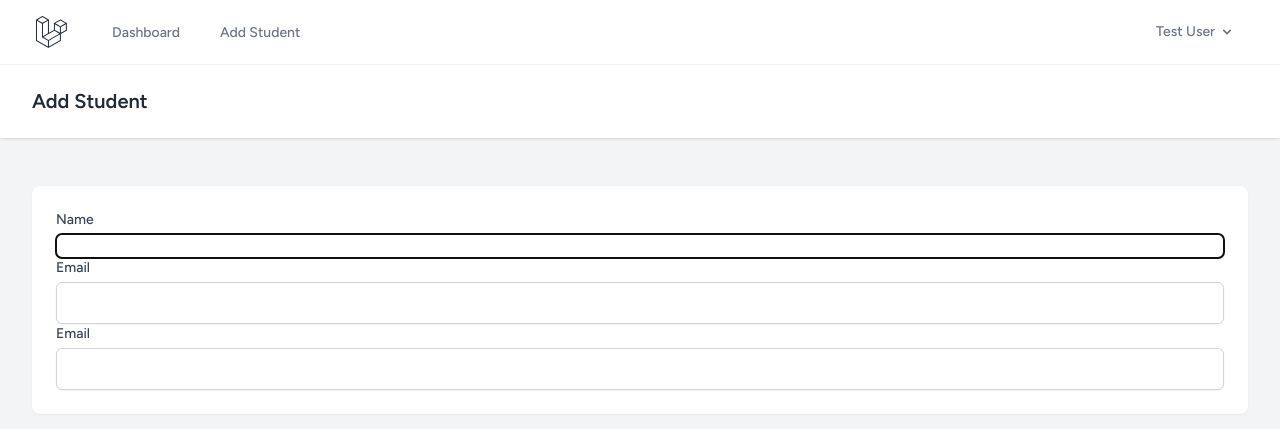
Repository: rkrukshan/CRUD-with-Laravel-V.10-Breeze
Page: http://localhost/add-student
An editor plug-in stored every save of this project. The page is shown before and after a run of saves, followed by the edit.
The browser window is 1280 px wide. The pictures show the whole page.
The page is served by the project's Laravel application, run on PHP 8.4 with Laravel 10. A made-up administrator, Test User (test@example.com), is signed in. Other server files are loaded and not shown. Style sheets and scripts are compiled from the project's sources, by tool versions that may differ from the author's.

Above is the page before, as saved 2023-11-14 20:12:50.

### app/Providers/AppServiceProvider.php
<?php

namespace App\Providers;

use Illuminate\Support\Facades\Schema;
use Illuminate\Support\ServiceProvider;

class AppServiceProvider extends ServiceProvider
{
    /**
     * Register any application services.
     */
    public function register(): void
    {
        //
    }

    /**
     * Bootstrap any application services.
     */
    public function boot(): void
    {
        Schema::defaultStringLength('191');
    }
}

### routes/web.php
<?php

use App\Http\Controllers\ProfileController;
use App\Http\Controllers\StudentController;
use Illuminate\Support\Facades\Route;

/*
|--------------------------------------------------------------------------
| Web Routes
|--------------------------------------------------------------------------
|
| Here is where you can register web routes for your application. These
| routes are loaded by the RouteServiceProvider and all of them will
| be assigned to the "web" middleware group. Make something great!
|
*/

Route::get('/', function () {
    return view('welcome');
});

Route::get('/dashboard', function () {
    return view('dashboard');
})->middleware(['auth', 'verified'])->name('dashboard');

Route::middleware('auth')->group(function () {
    Route::get('/profile', [ProfileController::class, 'edit'])->name('profile.edit');
    Route::patch('/profile', [ProfileController::class, 'update'])->name('profile.update');
    Route::delete('/profile', [ProfileController::class, 'destroy'])->name('profile.destroy');
});

require __DIR__.'/auth.php';


Route::controller(StudentController::class)->group(function () {
    Route::get('/add-student', 'create');
    // Route::post('/orders', 'store');
});

### app/Http/Controllers/StudentController.php
<?php

namespace App\Http\Controllers;

use Illuminate\Http\Request;

class StudentController extends Controller
{
    /**
     * Display a listing of the resource.
     */
    public function index()
    {
        //
    }

    /**
     * Show the form for creating a new resource.
     */
    public function create()
    {
        return view('student.create');
    }

    /**
     * Store a newly created resource in storage.
     */
    public function store(Request $request)
    {
        //
    }

    /**
     * Display the specified resource.
     */
    public function show(string $id)
    {
        //
    }

    /**
     * Show the form for editing the specified resource.
     */
    public function edit(string $id)
    {
        //
    }

    /**
     * Update the specified resource in storage.
     */
    public function update(Request $request, string $id)
    {
        //
    }

    /**
     * Remove the specified resource from storage.
     */
    public function destroy(string $id)
    {
        //
    }
}

### resources/views/student/create.blade.php
<x-app-layout>
    <x-slot name="header">
        <h2 class="font-semibold text-xl text-gray-800 dark:text-gray-200 leading-tight">
            {{ __('Add Student') }}
        </h2>
    </x-slot>

    <div class="py-12">
        <div class="max-w-7xl mx-auto sm:px-6 lg:px-8">
            <div class="bg-white dark:bg-gray-800 overflow-hidden shadow-sm sm:rounded-lg">
                <div class="p-6 text-gray-900 dark:text-gray-100">
                    <form action="" method="POST">
                        @csrf
                        <div>
                            <x-input-label for="name" :value="__('Name')" />
                            <x-text-input id="name" class="block mt-1 w-full" type="name" name="name" :value="old('name')" required autofocus autocomplete="username" />
                            <x-input-error :messages="$errors->get('name')" class="mt-2" />
                        </div>


                        <div>
                            <x-input-label for="email" :value="__('Email')" />
                            <x-text-input id="email" class="block mt-1 w-full" type="email" name="email" :value="old('email')" required autofocus autocomplete="username" />
                            <x-input-error :messages="$errors->get('email')" class="mt-2" />
                        </div>


                        <div>
                            <x-input-label for="email" :value="__('Email')" />
                            <x-text-input id="email" class="block mt-1 w-full" type="email" name="email" :value="old('email')" required autofocus autocomplete="username" />
                            <x-input-error :messages="$errors->get('email')" class="mt-2" />
                        </div>

                    </form>
                </div>
            </div>
        </div>
    </div>
</x-app-layout>

### resources/views/layouts/navigation.blade.php
<nav x-data="{ open: false }" class="bg-white dark:bg-gray-800 border-b border-gray-100 dark:border-gray-700">
    <!-- Primary Navigation Menu -->
    <div class="max-w-7xl mx-auto px-4 sm:px-6 lg:px-8">
        <div class="flex justify-between h-16">
            <div class="flex">
                <!-- Logo -->
                <div class="shrink-0 flex items-center">
                    <a href="{{ route('dashboard') }}">
                        <x-application-logo class="block h-9 w-auto fill-current text-gray-800 dark:text-gray-200" />
                    </a>
                </div>

                <!-- Navigation Links -->
                <div class="hidden space-x-8 sm:-my-px sm:ms-10 sm:flex">
                    <x-nav-link :href="route('dashboard')" :active="request()->routeIs('dashboard')">
                        {{ __('Dashboard') }}
                    </x-nav-link>


                    <x-nav-link :href="url('add-student')" :active="request()->routeIs('dashboard')">
                        {{ __('Add Student') }}
                    </x-nav-link>


                    {{--  <x-nav-link :href="route('dashboard')" :active="request()->routeIs('dashboard')">
                        {{ __('Dashboard') }}
                    </x-nav-link>  --}}
                </div>
            </div>

            <!-- Settings Dropdown -->
            <div class="hidden sm:flex sm:items-center sm:ms-6">
                <x-dropdown align="right" width="48">
                    <x-slot name="trigger">
                        <button class="inline-flex items-center px-3 py-2 border border-transparent text-sm leading-4 font-medium rounded-md text-gray-500 dark:text-gray-400 bg-white dark:bg-gray-800 hover:text-gray-700 dark:hover:text-gray-300 focus:outline-none transition ease-in-out duration-150">
                            <div>{{ Auth::user()->name }}</div>

                            <div class="ms-1">
                                <svg class="fill-current h-4 w-4" xmlns="http://www.w3.org/2000/svg" viewBox="0 0 20 20">
                                    <path fill-rule="evenodd" d="M5.293 7.293a1 1 0 011.414 0L10 10.586l3.293-3.293a1 1 0 111.414 1.414l-4 4a1 1 0 01-1.414 0l-4-4a1 1 0 010-1.414z" clip-rule="evenodd" />
                                </svg>
                            </div>
                        </button>
                    </x-slot>

                    <x-slot name="content">
                        <x-dropdown-link :href="route('profile.edit')">
                            {{ __('Profile') }}
                        </x-dropdown-link>

                        <!-- Authentication -->
                        <form method="POST" action="{{ route('logout') }}">
                            @csrf

                            <x-dropdown-link :href="route('logout')"
                                    onclick="event.preventDefault();
                                                this.closest('form').submit();">
                                {{ __('Log Out') }}
                            </x-dropdown-link>
                        </form>
                    </x-slot>
                </x-dropdown>
            </div>

            <!-- Hamburger -->
            <div class="-me-2 flex items-center sm:hidden">
                <button @click="open = ! open" class="inline-flex items-center justify-center p-2 rounded-md text-gray-400 dark:text-gray-500 hover:text-gray-500 dark:hover:text-gray-400 hover:bg-gray-100 dark:hover:bg-gray-900 focus:outline-none focus:bg-gray-100 dark:focus:bg-gray-900 focus:text-gray-500 dark:focus:text-gray-400 transition duration-150 ease-in-out">
                    <svg class="h-6 w-6" stroke="currentColor" fill="none" viewBox="0 0 24 24">
                        <path :class="{'hidden': open, 'inline-flex': ! open }" class="inline-flex" stroke-linecap="round" stroke-linejoin="round" stroke-width="2" d="M4 6h16M4 12h16M4 18h16" />
                        <path :class="{'hidden': ! open, 'inline-flex': open }" class="hidden" stroke-linecap="round" stroke-linejoin="round" stroke-width="2" d="M6 18L18 6M6 6l12 12" />
                    </svg>
                </button>
            </div>
        </div>
    </div>

    <!-- Responsive Navigation Menu -->
    <div :class="{'block': open, 'hidden': ! open}" class="hidden sm:hidden">
        <div class="pt-2 pb-3 space-y-1">
            <x-responsive-nav-link :href="route('dashboard')" :active="request()->routeIs('dashboard')">
                {{ __('Dashboard') }}
            </x-responsive-nav-link>
        </div>

        <!-- Responsive Settings Options -->
        <div class="pt-4 pb-1 border-t border-gray-200 dark:border-gray-600">
            <div class="px-4">
                <div class="font-medium text-base text-gray-800 dark:text-gray-200">{{ Auth::user()->name }}</div>
                <div class="font-medium text-sm text-gray-500">{{ Auth::user()->email }}</div>
            </div>

            <div class="mt-3 space-y-1">
                <x-responsive-nav-link :href="route('profile.edit')">
                    {{ __('Profile') }}
                </x-responsive-nav-link>

                <!-- Authentication -->
                <form method="POST" action="{{ route('logout') }}">
                    @csrf

                    <x-responsive-nav-link :href="route('logout')"
                            onclick="event.preventDefault();
                                        this.closest('form').submit();">
                        {{ __('Log Out') }}
                    </x-responsive-nav-link>
                </form>
            </div>
        </div>
    </div>
</nav>

Loaded but not shown: routes/auth.php (common file); app/Http/Controllers/Auth/EmailVerificationPromptController.php (common file); app/Http/Controllers/Controller.php (common file); app/Http/Controllers/Auth/VerifyEmailController.php (common file); app/Models/User.php (common file); app/View/Components/AppLayout.php (common file); resources/views/components/input-label.blade.php (common file); resources/views/components/text-input.blade.php (common file); resources/views/components/input-error.blade.php (common file); resources/views/layouts/app.blade.php (common file); resources/views/components/application-logo.blade.php (common file); resources/views/components/nav-link.blade.php (common file); resources/views/components/dropdown-link.blade.php (common file); resources/views/components/dropdown.blade.php (common file); resources/views/components/responsive-nav-link.blade.php (common file); resources/css/app.css (common file); tailwind.config.js (common file); resources/js/app.js (common file); resources/js/bootstrap.js (common file)

After the next 2 saves:
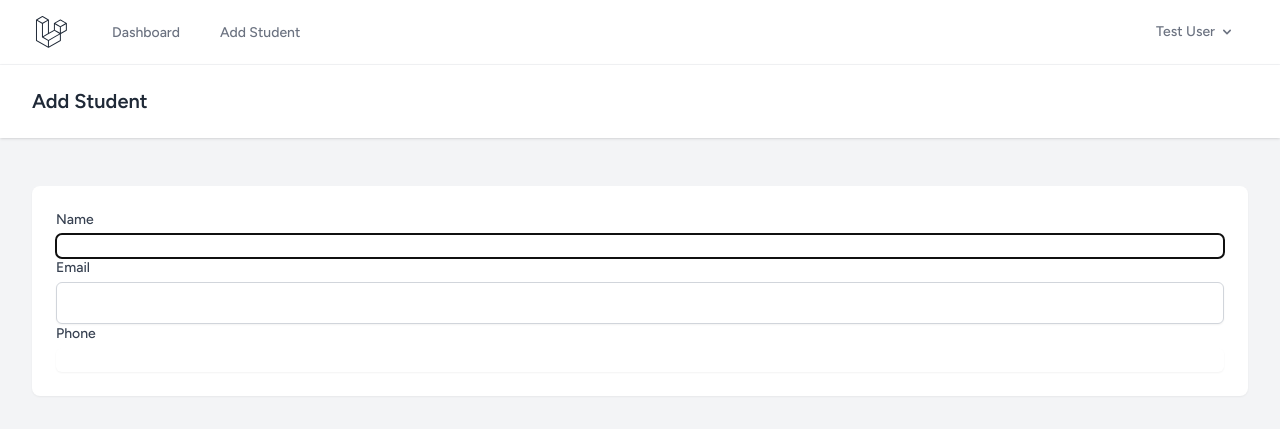
The 2 saves are shown as one change because they came seconds apart.
The last was saved 18 s later.
--- a/resources/views/student/create.blade.php
+++ b/resources/views/student/create.blade.php
@@ -26,9 +26,9 @@
 
 
                         <div>
-                            <x-input-label for="email" :value="__('Email')" />
-                            <x-text-input id="email" class="block mt-1 w-full" type="email" name="email" :value="old('email')" required autofocus autocomplete="username" />
-                            <x-input-error :messages="$errors->get('email')" class="mt-2" />
+                            <x-input-label for="phone" :value="__('Phone')" />
+                            <x-text-input id="phone" class="block mt-1 w-full" type="phone" name="phone" :value="old('phone')" required autofocus autocomplete="username" />
+                            <x-input-error :messages="$errors->get('phone')" class="mt-2" />
                         </div>
 
                     </form>
